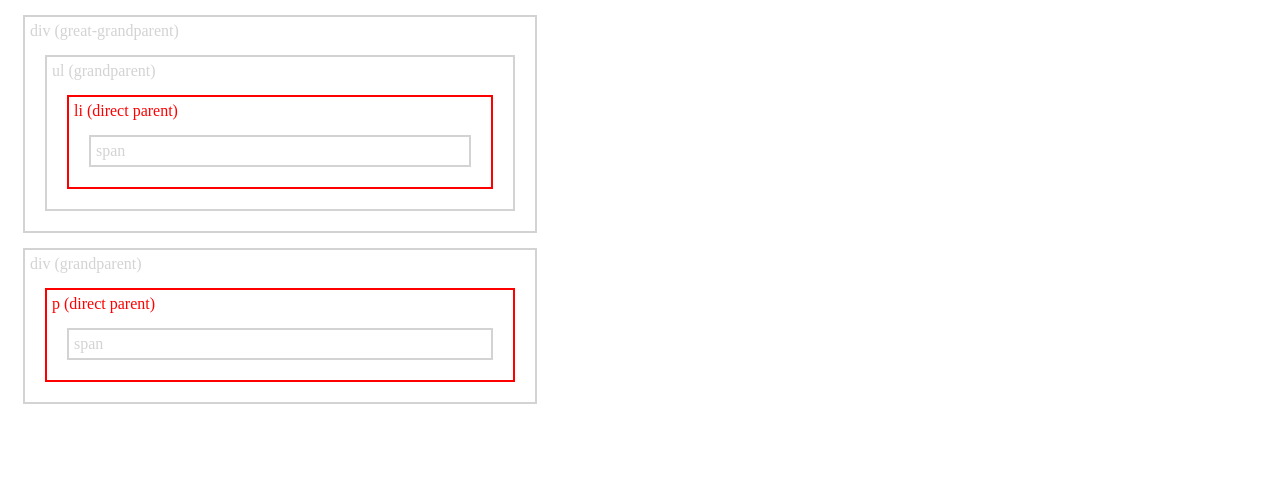
Repository: sudheerj/jQuery
Page: jQueryExamples/chapter03/Ancestors.html
An editor plug-in stored every save of this project. The page is shown before and after the next save, followed by the edit.
The browser window is 1280 px wide. The pictures show the whole page.

Above is the page before, as saved 2016-10-21 02:46:18.

After the next save:
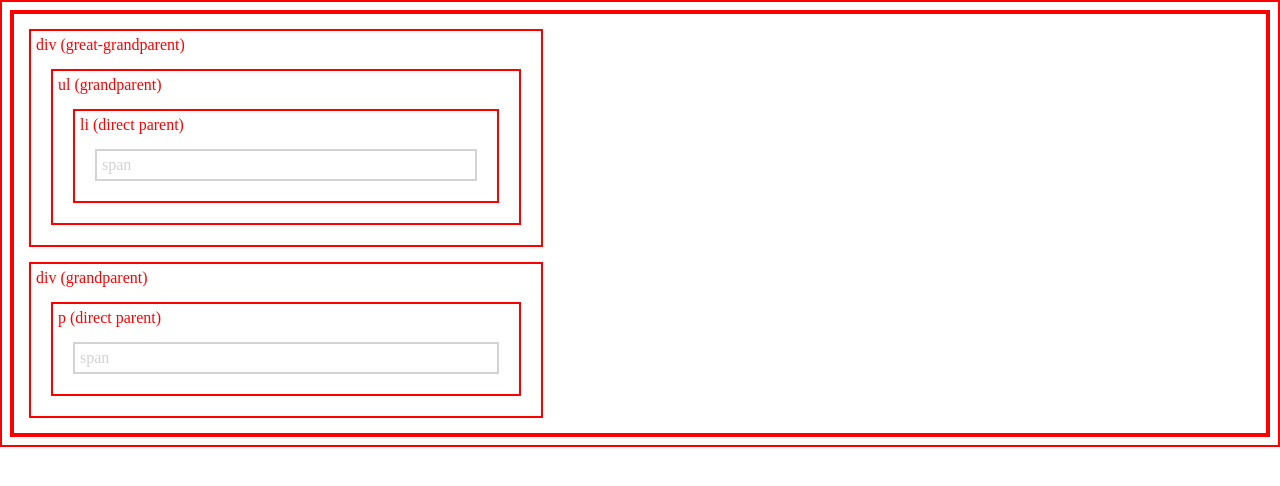
Saved 52 s later.
--- a/jQueryExamples/chapter03/Ancestors.html
+++ b/jQueryExamples/chapter03/Ancestors.html
@@ -6,6 +6,7 @@
 <script>
 $(document).ready(function(){
     $("span").parent().css({"color": "red", "border": "2px solid red"});
+    $("span").parents().css({"color": "red", "border": "2px solid red"});
 });
 </script>
 <style>
